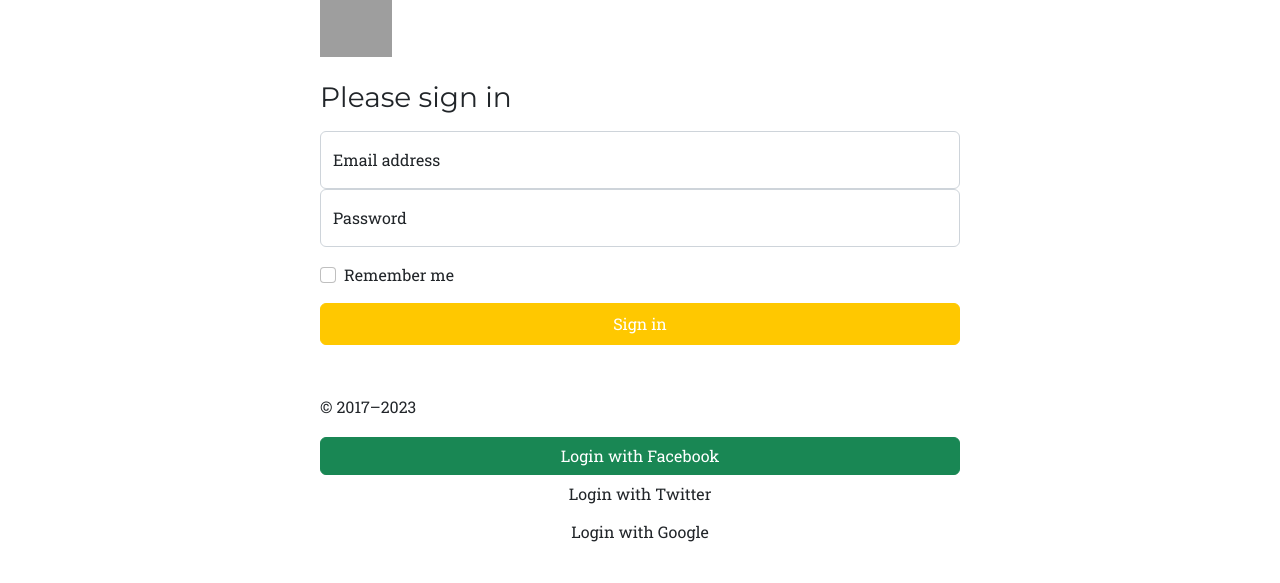
Repository: aquilesascar/TCC_1
Page: Tela Inicial/html/loginteste.html
The author's editor kept a copy of each file at every save. The page is drawn from the files as they stood at one save, then again after a run of saves.
The browser window is 1280 px wide. The pictures show the whole page.
Pictures or frames that could not be fetched are drawn as grey boxes. Some icons come from a web library that is not loaded, so they are not drawn. Some web libraries are served in a nearby version.

Above is the page before, as saved 2023-07-10 13:49:38.

After the next 3 saves:
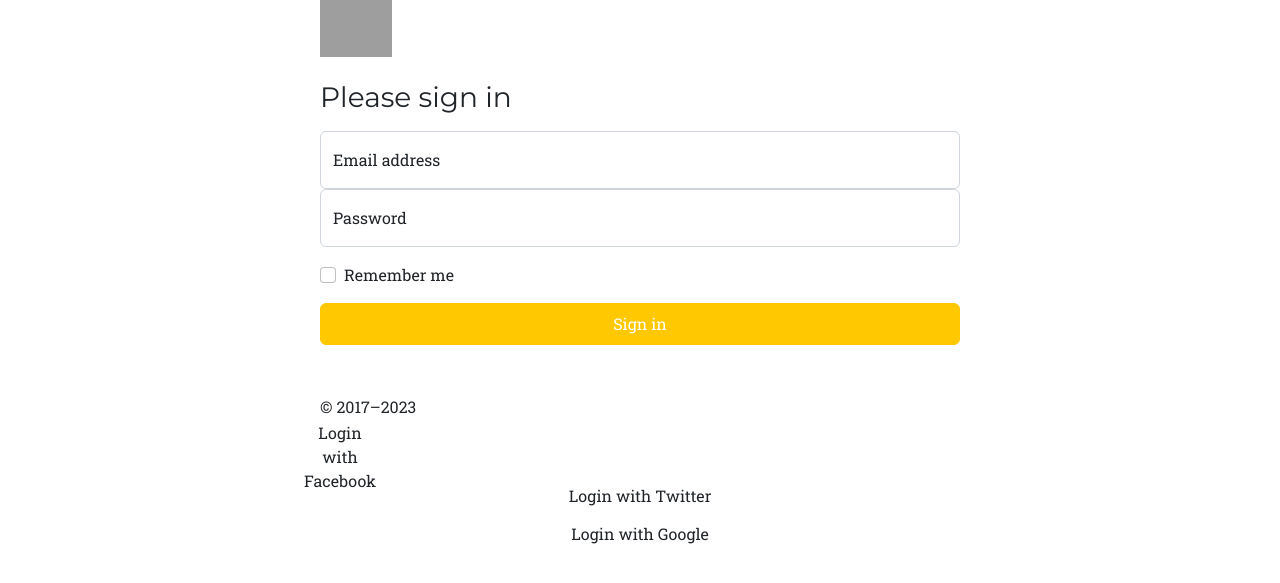
The 3 saves are shown as one change because they came seconds apart.
The last was saved 17 s later.
--- a/Tela Inicial/html/loginteste.html
+++ b/Tela Inicial/html/loginteste.html
@@ -50,7 +50,7 @@
         </form>
 
         <div class="social-login">
-            <a href="#" class="facebook btn btn-success d-flex justify-content-center align-items-center">
+            <a href="#" class="facebook btn btn-social d-flex justify-content-center align-items-center">
               <span class="icon-facebook mr-3"></span> Login with Facebook
             </a>
             <a href="#" class="twitter btn d-flex justify-content-center align-items-center">
